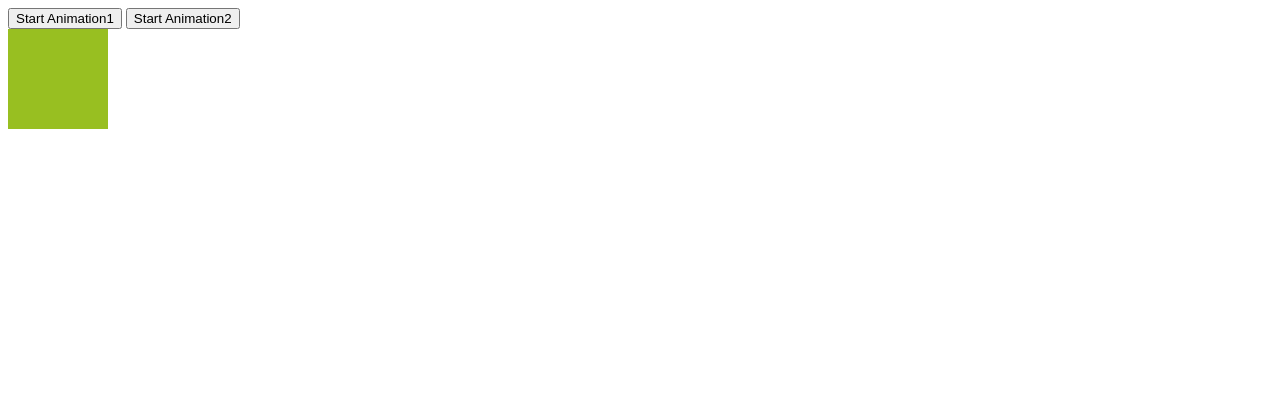
Repository: sudheerj/jQuery
Page: jQueryExamples/chapter05/Before.html
An editor plug-in stored every save of this project. The page is shown before and after a run of saves, followed by the edit.
The browser window is 1280 px wide. The pictures show the whole page.

Above is the page before, as saved 2016-10-21 05:00:37.

After the next 2 saves:
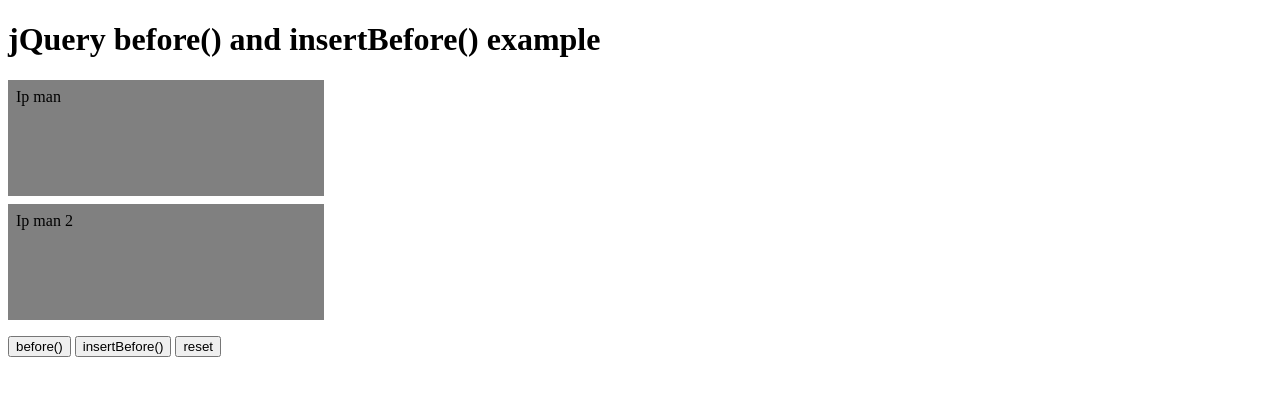
The 2 saves are shown as one change because they came seconds apart.
The last was saved 9 h 41 min later.
--- a/jQueryExamples/chapter05/Before.html
+++ b/jQueryExamples/chapter05/Before.html
@@ -1,34 +1,66 @@
 <!DOCTYPE html>
 <html>
-<head>
-	<title>jQuery Animate</title>
-	<script type="text/javascript" src="..\jquery\jquery-3.1.1.min.js"></script>
-	<script>
-$(document).ready(function(){
-	 $("#button1").click(function(){
-        $("#div1").animate({
-            left: '250px',
-            height: '+=150px',
-            width: '+=150px'
-        });
-    });
+	<head>
+		<title>jQuery Animate</title>
+		<script type="text/javascript" src="..\jquery\jquery-3.1.1.min.js"></script>
+		<style type="text/css">
+			.prettyBox {
+				padding: 8px;
+				background: grey;
+				margin-bottom: 8px;
+				width: 300px;
+				height: 100px;
+			}
+			.newPrettybox {
+				padding: 8px;
+				background: red;
+				margin-bottom: 8px;
+				width: 200px;
+				height: 50px;
+			}
+		</style>
 
-    $("#button2").click(function(){
-        var div = $("#div2");
-        div.animate({height: '300px', opacity: '0.4'}, "slow");
-        div.animate({width: '300px', opacity: '0.8'}, "slow");
-        div.animate({height: '100px', opacity: '0.4'}, "slow");
-        div.animate({width: '100px', opacity: '0.8'}, "slow");
-    });
-});
-</script>
-</head>
-<body>
+	</head>
+	<body>
+		<h1>jQuery before() and insertBefore() example</h1>
 
-<button id="button1">Start Animation1</button>
-<button id="button2">Start Animation2</button>
+		<div class="prettyBox">
+			Ip man
+		</div>
 
-<div id="div1" style="background:#98bf21;height:100px;width:100px;position:absolute;"></div>
-<div id="div2" style="background:#98bf21;height:100px;width:100px;position:absolute;"></div>
-</body>
+		<div class="prettyBox">
+			Ip man 2
+		</div>
+
+		<p>
+			<button id="before">
+				before()
+			</button>
+			<button id="insertBefore">
+				insertBefore()
+			</button>
+			<button id="reset">
+				reset
+			</button>
+		</p>
+
+		<script type="text/javascript">
+			$("#before").click(function() {
+
+				$('.prettyBox').before("<div class='newPrettybox'>Iron man</div>");
+
+			});
+
+			$("#insertBefore").click(function() {
+
+				$("<div class='newPrettybox'>Iron man</div>").insertBefore('.prettyBox');
+
+			});
+
+			$("#reset").click(function() {
+				location.reload();
+			});
+
+		</script>
+	</body>
 </html>
